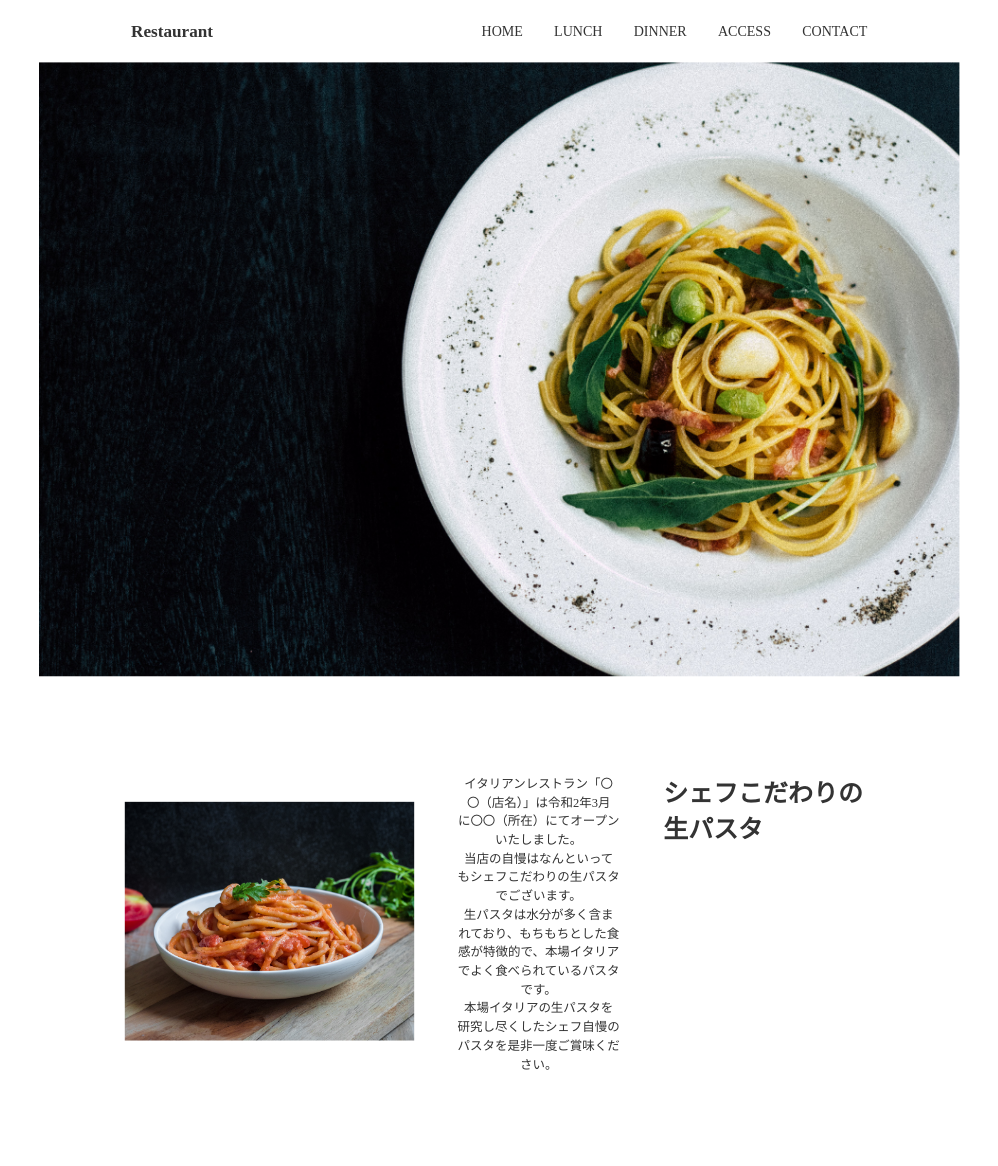
Repository: konatsu-0806/demo-site
Page: FromFigma/index.html
The author's editor kept a copy of each file at every save. The page is drawn from the files as they stood at one save, then again after a run of saves.
The browser window is 1280 px wide. The pictures show the whole page, at 78% of full size.

Above is the page before, as saved 2023-02-08 17:07:58.

### FromFigma/index.html
<!DOCTYPE html>
<html lang="ja">

<head>
  <meta charset="UTF-8">
  <meta name="viewport" content="width=device-width, initial-scale=1.0">
  <meta http-equiv="X-UA-Compatible" content="ie=edge">
  <link rel="stylesheet" href="css/style.css">
  <title>demosite</title>
</head>

<body>
  <header class="header_bg">
    <div class="header_contents">
      <h1>Restaurant</h1>
      <div class="responsive_btn">
        <div class="menu_line"></div>
        <div class="menu_line"></div>
        <div class="menu_line"></div>
      </div>
      <nav class="header_nav">
        <ul class="header_nav_lists">
          <li><a class="nav_link" href="">HOME</a></li>
          <li><a class="nav_link" href="">LUNCH</a></li>
          <li><a class="nav_link" href="">DINNER</a></li>
          <li><a class="nav_link" href="">ACCESS</a></li>
          <li><a class="nav_link" href="">CONTACT</a></li>
        </ul>
      </nav>
    </div>
  </header>
  <script src="js/master.js"></script>

  <div class="main_visual">
   <img src="img/mgg-vitchakorn-98Xi5vMGKck-unsplash.jpg" alt="">
  </div>

  <div class="intro_bg">
    <div class="intro_contents">
        <div class="intro_img">
            <img src="img/pratik-gupta-gyt0s3wR1YM-unsplash.jpg" alt="">
        </div>
        <div class="intro_sentence">
            <p class="text-center">
              イタリアンレストラン「〇<br />
              〇（店名）」は令和2年3月<br />
              に〇〇（所在）にてオープン<br />
              いたしました。
            </p>
            <p class="text-center">
              当店の自慢はなんといって<br />
              もシェフこだわりの生パスタ<br />
              でございます。<br />
            </p>
            <p class="text-center">
              生パスタは水分が多く含ま<br />
              れており、もちもちとした食<br />
              感が特徴的で、本場イタリア<br />
              でよく食べられているパスタ<br />
              です。
            </p>
            <p class="text-center">
              本場イタリアの生パスタを<br />
              研究し尽くしたシェフ自慢の<br />
              パスタを是非一度ご賞味くだ<br />
              さい。
            </p>
        </div>
        <h1>シェフこだわりの生パスタ</h1>
    </div>
</div>
</body>

</html>

### FromFigma/css/style.css
/* Reset style */
* {
    margin: 0;
    padding: 0;
    box-sizing: border-box;
    list-style: none;
    text-decoration: none;
    color: #333;
}

/* Normal header style */
.header_bg {
    width: 100%;
    height: 80px;
}

.header_contents {
    width: 100%;
    max-width: 1024px;
    height: 100%;
    margin: 0 auto;
    display: flex;
    justify-content: space-between;
    align-items: center;
}

.header_contents h1 {
    font-size: 22px;
    margin: 0 0 0 40px;
}

.header_nav_lists {
    display: flex;
}

.header_nav_lists li {
    margin: 0 40px 0 0;
}

.nav_link {
    font-size: 18px;
}

/* Responsive menu button */
.responsive_btn {
    display: none;
    flex-direction: column;
    align-items: center;
    justify-content: center;
    width: 32px;
    height: 32px;
    margin: 0 40px 0 0;
    cursor: pointer;
    position: relative;
    z-index: 10;
}

.menu_line {
    background-color: #333;
    border-radius: 5px;
    width: 100%;
    height: 5px;
    margin: 4px 0;
}

/* Reaponsive style */
@media screen and (max-width: 768px) {
    .responsive_btn {
        display: flex;
    }

    .header_bg {
        position: relative;
    }

    .header_nav {
        background-color: white;
        width: 100%;
        height: 100vh;
        padding: 80px 0 0 0;
        position: absolute;
        top: 0;
        right: -100%;
        transition: .5s;
    }

    .header_nav_lists {
        display: block;
        text-align: center;
    }

    .header_nav_lists li {
        margin: 0 0 40px;
        text-align: center;
    }

    .nav_link {
        font-size: 20px;
    }
}

/* js function "menuToggle" starting only */
.menu_active {
    right: 0;
  }

/* 1st pic */
img {
    width: 100%;
}

.main_visual {
    margin: 0 50px;
}

/* contents */
.intro_bg {
    width: 100%;
    max-width: 1200px;
    margin: auto;
    padding: 120px ;
}
.contents img {
    width: 100%;
}
.text-center {
    text-align: center;
}
.intro_contents {
    display: flex;
}
.intro_img {
    width: 55%;
    margin: auto;
}
.intro_sentence {
    width: 45%;
    margin: auto .5rem;
}
@media screen and (max-width: 767px) {
    .intro_contents {
        display: block;
    }
    .intro_contents .intro_img {
        width: 100%;
        margin: 0 auto;
    }
    .intro_contents .intro_sentence {
        width: 100%;
        margin: 0 auto;
    }
}

### FromFigma/js/master.js
const responsive_menu_btn = document.querySelector('.responsive_btn');
responsive_menu_btn.addEventListener('click', menuToggle);

function menuToggle() {
  const header_menu_detail = document.querySelector('.header_nav');
  header_menu_detail.classList.toggle('menu_active');
}

After the next 2 saves:
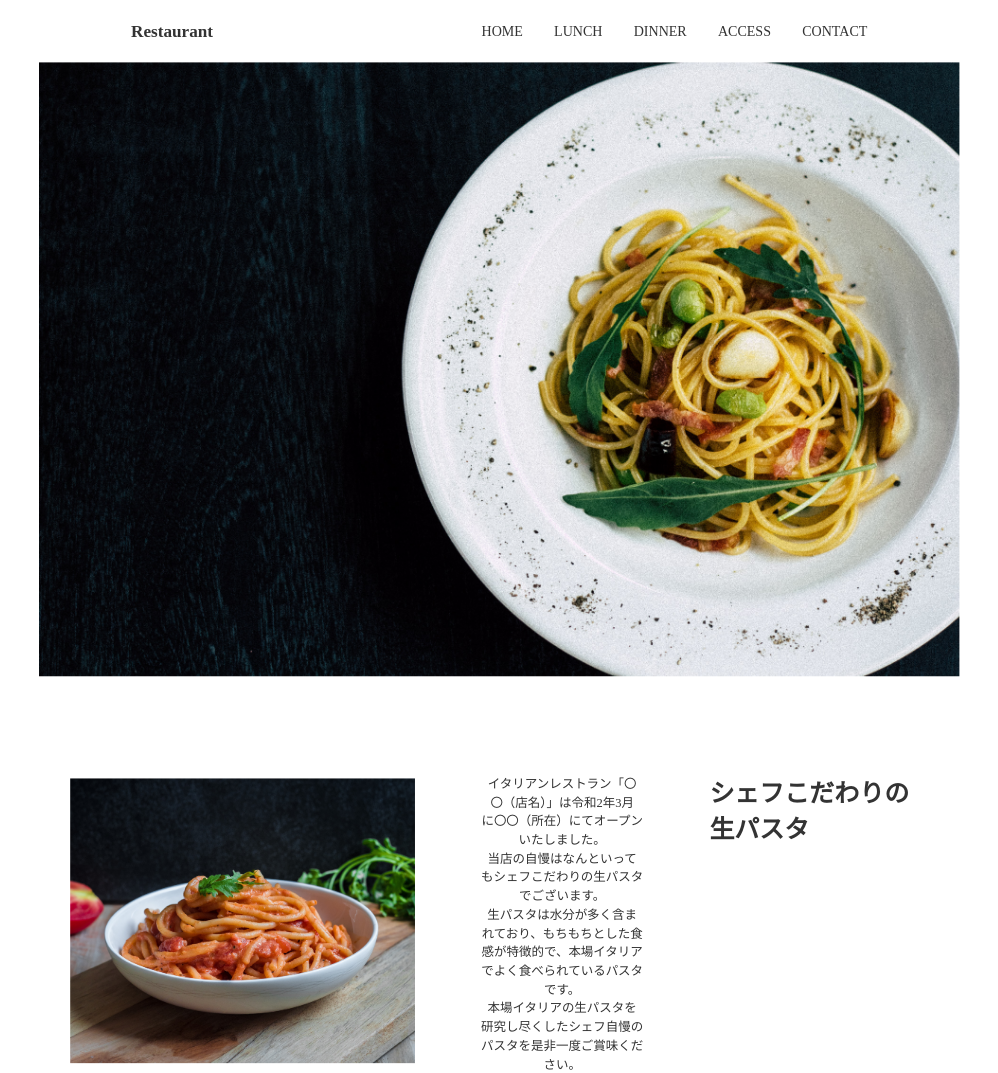
The 2 saves are shown as one change because they came seconds apart.
The last was saved 9 s later.
--- a/FromFigma/css/style.css
+++ b/FromFigma/css/style.css
@@ -118,7 +118,7 @@ img {
     width: 100%;
     max-width: 1200px;
     margin: auto;
-    padding: 120px ;
+    padding: 120px 50px 0px ;
 }
 .contents img {
     width: 100%;
